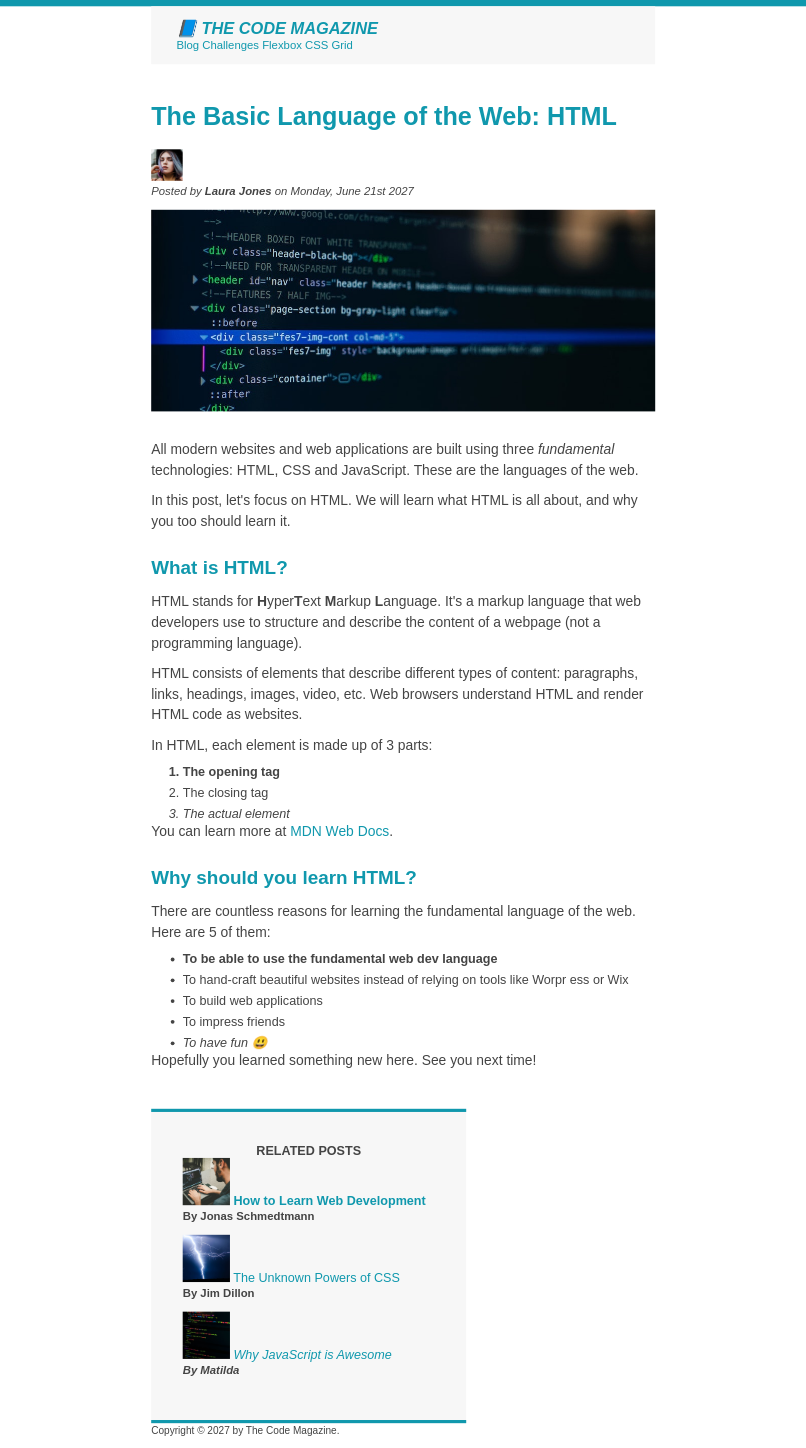
Repository: sunny070/CSS
Page: #1/index.html
The author's editor kept a copy of each file at every save. The page is drawn from the files as they stood at one save, then again after a run of saves.
The browser window is 1280 px wide. The pictures show the whole page, at 63% of full size.

Above is the page before, as saved 2023-11-06 10:51:57.

### #1/index.html
<!DOCTYPE html>
<html lang="en">
  <head>
    <meta charset="UTF-8" />
    <title>The Basic Language of the Web: HTML</title>
    <link rel="stylesheet" href="style.css">
  </head>

  <body>
    <!--
    <h1>The Basic Language of the Web: HTML</h1>
    <h2>The Basic Language of the Web: HTML</h2>
    <h3>The Basic Language of the Web: HTML</h3>
    <h4>The Basic Language of the Web: HTML</h4>
    <h5>The Basic Language of the Web: HTML</h5>
    <h6>The Basic Language of the Web: HTML</h6>
    -->
<div class="container">
    <header class="main-header">
      <h1>📘 The Code Magazine</h1>

      <nav>
        <a href="blog.html">Blog</a>
        <a href="#">Challenges</a>
        <a href="#">Flexbox</a>
        <a href="#">CSS Grid</a>
      </nav>
    </header>

    <article>
      <!-- <p>Test</p> -->
      <header class="post-header">
        <h2>The Basic Language of the Web: HTML</h2>

        <img
          src="img/laura-jones.jpg"
          alt="Headshot of Laura Jones"
          height="50"
          width="50"

        />

        <p id="author">Posted by <strong>Laura Jones</strong> on Monday, June 21st 2027</p>

        <img
          src="img/post-img.jpg"
          alt="HTML code on a screen"
          width="500"
          height="200"
          class="post-img"
        />
      </header>

      <p>
        All modern websites and web applications are built using three
        <em>fundamental</em>
        technologies: HTML, CSS and JavaScript. These are the languages of the
        web.
      </p>

      <p>
        In this post, let's focus on HTML. We will learn what HTML is all about,
        and why you too should learn it.
      </p>

      <h3>What is HTML?</h3>
      <p>
        HTML stands for <strong>H</strong>yper<strong>T</strong>ext
        <strong>M</strong>arkup <strong>L</strong>anguage. It's a markup
        language that web developers use to structure and describe the content
        of a webpage (not a programming language).
      </p>
      <p>
        HTML consists of elements that describe different types of content:
        paragraphs, links, headings, images, video, etc. Web browsers understand
        HTML and render HTML code as websites.
      </p>
      <p>In HTML, each element is made up of 3 parts:</p>

      <ol>
        <li class="first-li">The opening tag</li>
        <li>The closing tag</li>
        <li>The actual element</li>
      </ol>

      <p>
        You can learn more at
        <a
          href="https://developer.mozilla.org/en-US/docs/Web/HTML"
          target="_blank"
          >MDN Web Docs</a
        >.
      </p>

      <h3>Why should you learn HTML?</h3>

      <p>
        There are countless reasons for learning the fundamental language of the
        web. Here are 5 of them:
      </p>

      <ul>
        <li class="first-li">To be able to use the fundamental web dev language</li>
        <li>
          To hand-craft beautiful websites instead of relying on tools like
          Worpr ess or Wix
        </li>
        <li>To build web applications</li>
        <li>To impress friends</li>
        <li>To have fun 😃</li>
      </ul>

      <p>Hopefully you learned something new here. See you next time!</p>
    </article>

    <aside>
      <h4>Related posts</h4>

      <ul class="related">
        <li>
          <img
            src="img/related-1.jpg"
            alt="Person programming"
            width="75"
            width="75"
          />
          <a href="#">How to Learn Web Development</a>
          <p class="related-author">By Jonas Schmedtmann</p>
        </li>
        <li>
          <img src="img/related-2.jpg" alt="Lightning" width="75" heigth="75" />
          <a href="#">The Unknown Powers of CSS</a>
          <p class="related-author">By Jim Dillon</p>
        </li>
        <li>
          <img
            src="img/related-3.jpg"
            alt="JavaScript code on a screen"
            width="75"
            height="75"
          />
          <a href="#">Why JavaScript is Awesome</a>
          <p class="related-author">By Matilda</p>
        </li>
      </ul>
    </aside>

    <footer> <p id="copyright" class="copyright text">Copyright &copy; 2027 by The Code Magazine.</p> </footer>
  </div>
  </body>
</html>

### #1/style.css
*{
    margin:0;
    padding:0;
    box-sizing: border-box;

}
/* PAGE SECTION */
body{
    /* color:red; */
    color:#444;
    font-family: sans-serif;
    border-top:10px solid #1098ad;

}
.container{
    width: 800px;
    /* margin-left: auto;
    margin-right: auto; */
    margin:0 auto;
}
.main-header{
    background-color:#f7f7f7 ;
    /* padding: 20px;
    padding-left: 40px;
    padding-right:40px; */
    padding:20px 40px;
    margin-bottom:60px;
    /* height:80px; */
}
nav {
    font-size: 18px;
    }

article{
    margin-bottom:60px;
}



.post-header{
    margin-bottom:40px;
}
aside{
    background-color:#f7f7f7;
    border-top: 5px solid #1098ad;
    border-bottom: 5px solid #1098ad;
    /* padding-top:50px;
    padding-bottom:50px; */
    padding: 50px 0;
    width:500px;

}
/* SMALLER ELEMENTS */
h1,h2,h3{
    color:#1098ad;
}

h1{

    font-size: 26px;

    text-transform: uppercase;
    font-style: italic;

}
h2{
    font-size: 40px;
    margin-bottom:30px;


}
h3{
    font-size: 30px;
    margin-bottom:20px;
    margin-top:40px;

}
h4{
    font-size:20px;
    font-family:sans-serif;
    text-transform: uppercase;
    text-align: center;
}
p{
    font-size: 22px;
    /* display:inline ; */
    line-height: 1.5;
    margin-bottom:15px;
}

ul,ol{
    margin-left:50px;
}
li{
    /* display:inline ; */
    font-size: 20px;
    margin-bottom:10px ;
}
li:last-child{
    margin-bottom: 0;
}
/* footer p{
    font-size:16px ;
} */

/* article header p{
    font-style: italic;
} */

#author{
    font-style: italic;
    font-size: 18px;
}
#copyright{
    font-size :16px;
}

.related-author{
    font-size:18px;
    font-weight:bold;
}
/* ul{
  list-style: none;
} */

.related{
    list-style: none;
}


/* .first-li{
    font-weight: bold;
} */
li:first-child{
    font-weight: bold;
}

li:last-child{
    font-style: italic;
}
li:nth-child(even){
    /* color:red; */
}

/* Misconception this won't work */
article p:first-child{
    color:red;
}

/* Style Links */
a:link{
    color:#1098ad;
    text-decoration: none;
}
a:visited{
    /* color:#777;
     */
     color: #1098ad;
}
a:hover{
    cursor: pointer;
    color:orange;
    font-weight: bold;
    text-decoration: underline orangered;
}
a:active{
    background-color:black;
    font-style: italic;
}
/* LVHA */

.post-img{
    width:100%;
    height: auto;
}
nav a:link{
    /* background-color: orangered;
    margin: 20px;
    padding: 20px;
    display: block; */
    margin: ;
}

/* resolving conflicts */
/* #copyright{
    color:red;
}
.copyright{
    color:blue;
}
.text{
    color:yellow;
}

footer p{
    color: #000;
} */

After the next 2 saves:
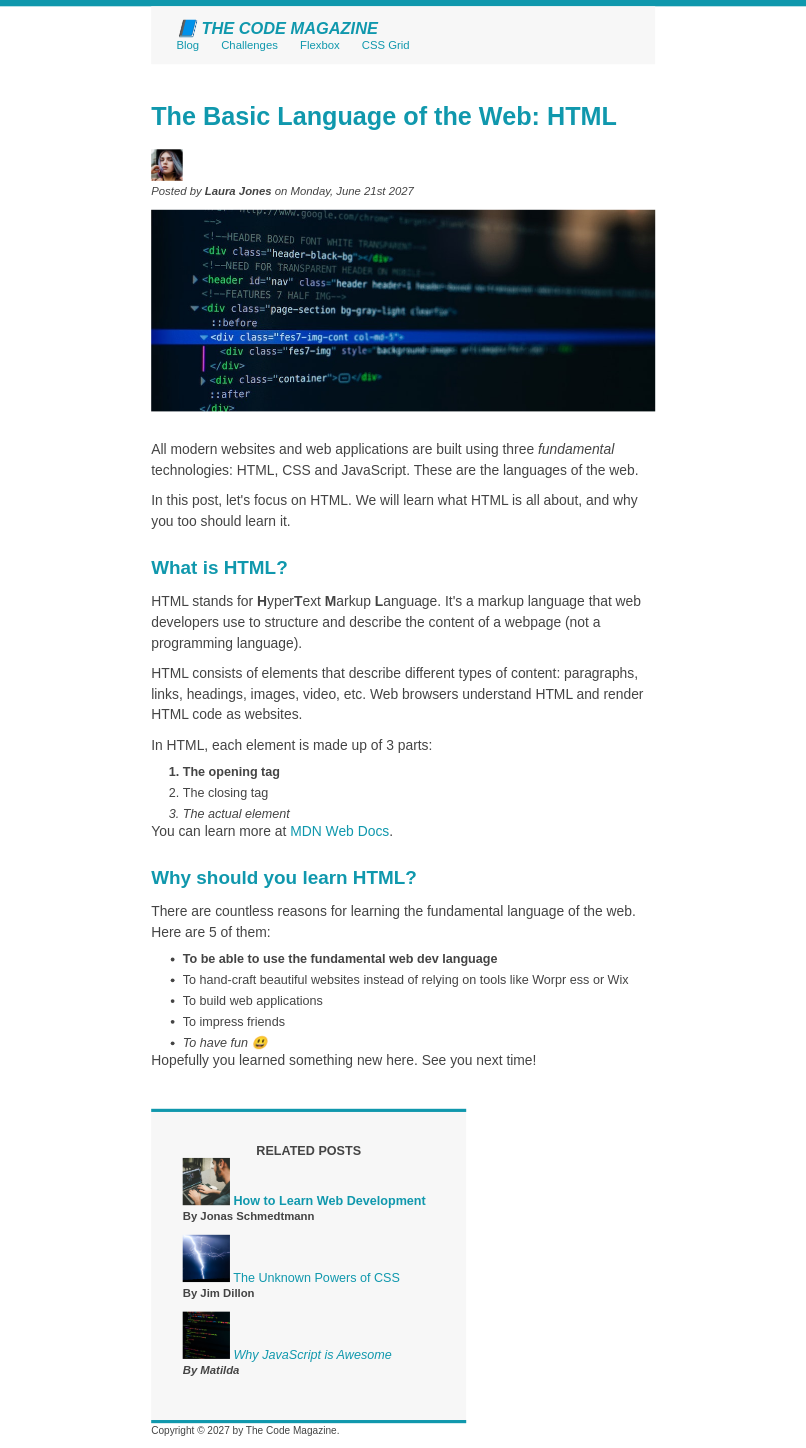
The 2 saves are shown as one change because they came seconds apart.
The last was saved 7 s later.
--- a/#1/style.css
+++ b/#1/style.css
@@ -178,7 +178,7 @@ nav a:link{
     margin: 20px;
     padding: 20px;
     display: block; */
-    margin: ;
+    margin-right:30px ;
 }
 
 /* resolving conflicts */
